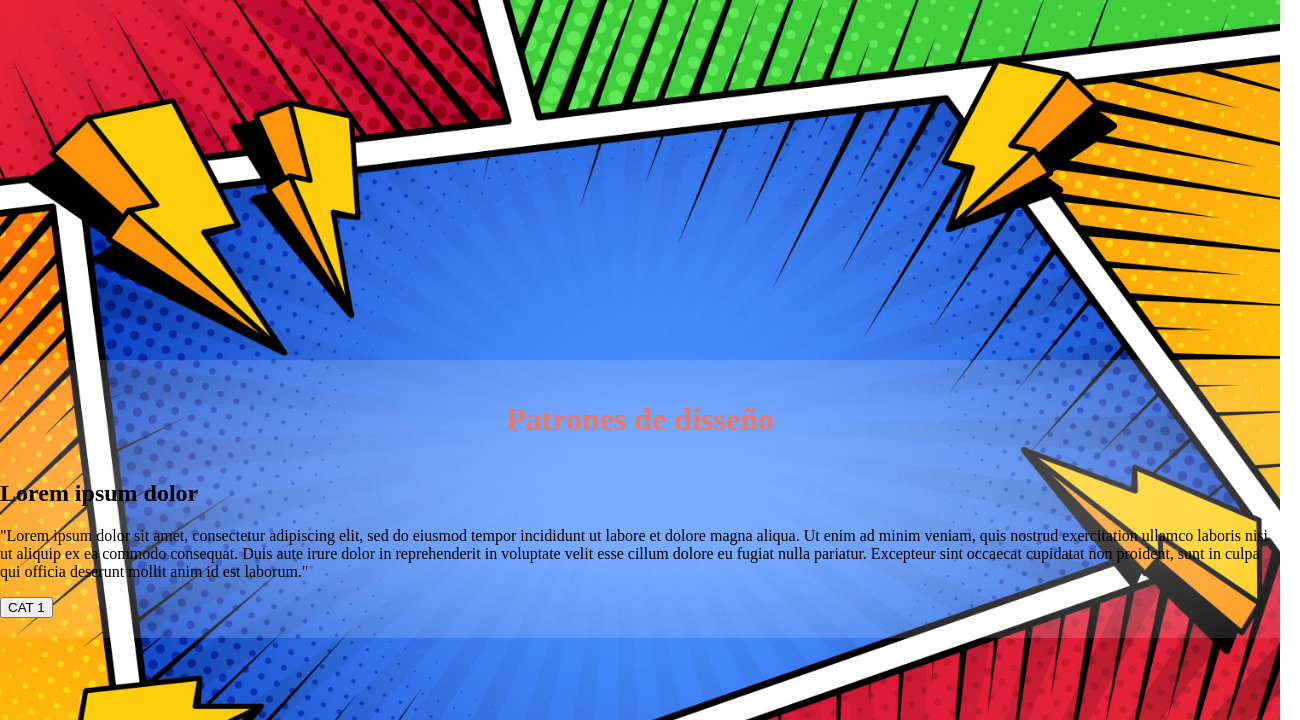
Repository: nrsWebs/design-pattern-es
Page: index.html
The author's editor kept a copy of each file at every save. The page is drawn from the files as they stood at one save, then again after the next save.
The browser window is 1280 px wide. The page is 1300 px wide, so the pictures cover 1300 px, including what lies to the right of the window. The pictures show the whole page.

Above is the page before, as saved 2021-02-06 19:45:02.

### index.html
<!DOCTYPE html>
<html>
<head>
<script src="https://ajax.googleapis.com/ajax/libs/jquery/3.5.1/jquery.min.js"></script>
<link rel="stylesheet" href="source/main.css">
<link href='https://fonts.googleapis.com/css?family=Bangers' rel='stylesheet'>
</head>
<body>
    <div class="main-content">
        <div id="general" class="box">
            <div class="glass"></div>
            <h1>Patrones de disseño</h1>
            <div class="information">
                <h2>Lorem ipsum dolor</h2>
                <p>"Lorem ipsum dolor sit amet, consectetur adipiscing elit, sed do eiusmod tempor incididunt ut labore et dolore magna aliqua. Ut enim ad minim veniam, quis nostrud exercitation ullamco laboris nisi ut aliquip ex ea commodo consequat. Duis aute irure dolor in reprehenderit in voluptate velit esse cillum dolore eu fugiat nulla pariatur. Excepteur sint occaecat cupidatat non proident, sunt in culpa qui officia deserunt mollit anim id est laborum."</p>
                <button class="linker" data-link="cat-1">CAT 1</button>
            </div>
        </div>
        <div id="cat-1" class="box no-opacity hidden-container">
            <div class="glass"></div>
            <h1>Patrones de disseño test</h1>
            <div class="information">
                <h2>Lorem ipsum dolor</h2>
                <p>"Lorem ipsum dolor sit amet, consectetur adipiscing elit, sed do eiusmod tempor incididunt ut labore et dolore magna aliqua. Ut enim ad minim veniam, quis nostrud exercitation ullamco laboris nisi ut aliquip ex ea commodo consequat. Duis aute irure dolor in reprehenderit in voluptate velit esse cillum dolore eu fugiat nulla pariatur. Excepteur sint occaecat cupidatat non proident, sunt in culpa qui officia deserunt mollit anim id est laborum."</p>
                <button class="linker" data-link="general">HOME</button>
            </div>
        </div>
    </div>
</body>
<footer>
    <a class="hidden-container" href="https://www.freepik.es/vectores/fondo">Vector de Fondo creado por coolvector - www.freepik.es</a>
</footer>
<script>
    jQuery('.linker').on('click', function() {
        var nextid = jQuery(this).data('link');
        //hide
        jQuery(this).closest('.box').animate({opacity: '0'}, 200, function() {
            jQuery(this).closest('.box').addClass('hidden-container');
        });
        //Show
        jQuery('#'+nextid).removeClass('hidden-container');
        jQuery('#'+nextid).animate({opacity: '0.5'}, 200);
        jQuery('#'+nextid).animate({opacity: '1'}, 200);
    });
</script>
</html>

### source/main.css
:root {
    --main: #000;
    --secondary:  #E94F37;
}
body .hidden-container{
    display: none;;
}
body .no-opacity{
    opacity: 0;
}
body {
    background-image: url('./images/4845746.jpg');
     background-repeat: no-repeat;
    background-attachment: fixed;
    background-size: cover;
    display: flex;
    justify-content: center;
    width: 100%;
    color: var(--main);
}
.main-content{
    display: block;
    width: 100%;

}
h1{
    text-align: center;
    color: var(--secondary)
}
.box {
    display: flex;
    flex-direction: column;
    justify-content: space-around;
    width: 100%;
    max-width: 1440px;
    padding: 20px;
    position: absolute;
    top: 50%;
    left: 50%;
    transform: translateY(-50%);
    transform: translateX(-50%);
    overflow: hidden;
    border-radius: 10px;
}
.box .information{
    z-index: 99;
}
/* GLASS EFFECT */
.glass{
    background: inherit;
    width: 100%;
    height: 100%;
}
.glass:before {
    content: '';
    width: 100%;
    height: 100%;
    background: inherit;
    position: absolute;
    left: 0;
    right: 0;
    top: 0;
    bottom: 0;
    box-shadow: inset 0 0 0 200px rgba(255,255,255,0.3);
    filter: blur(90px);
    border-radius: 5px;
}

After the next save:
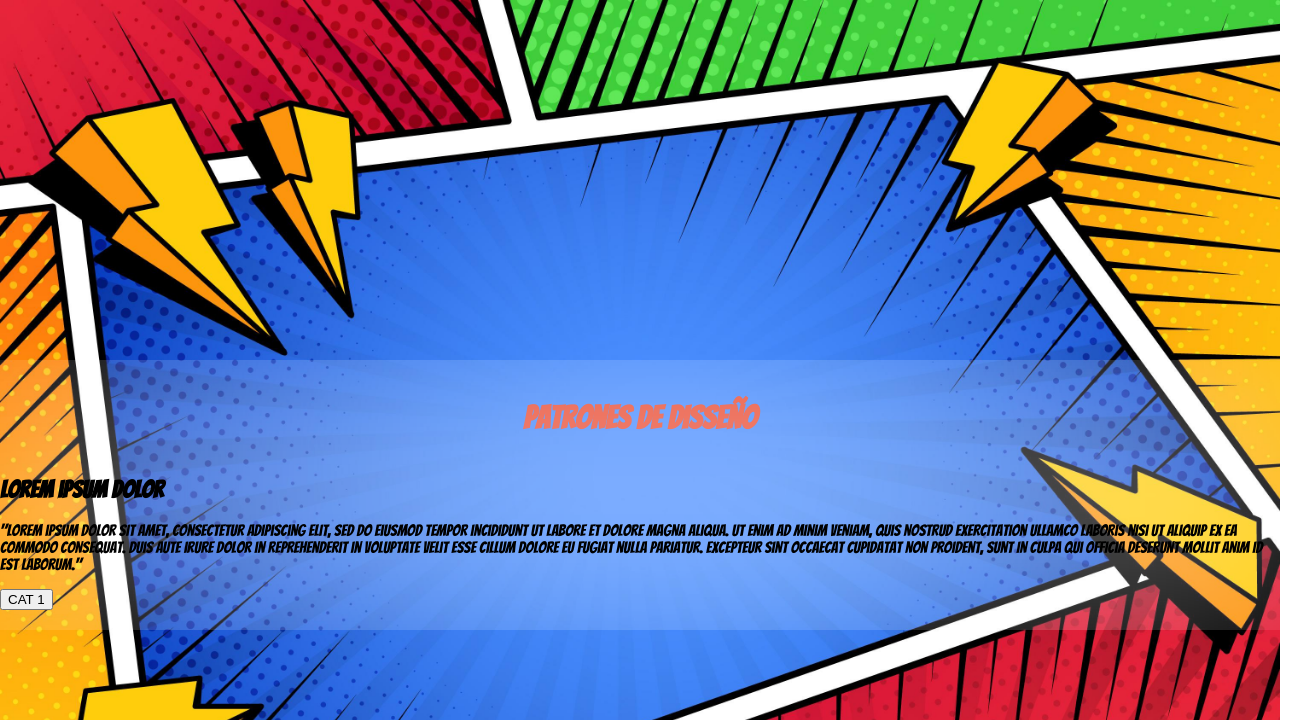
Saved 14 s later.
--- a/source/main.css
+++ b/source/main.css
@@ -17,6 +17,7 @@ body {
     justify-content: center;
     width: 100%;
     color: var(--main);
+    font-family: 'Bangers';
 }
 .main-content{
     display: block;
